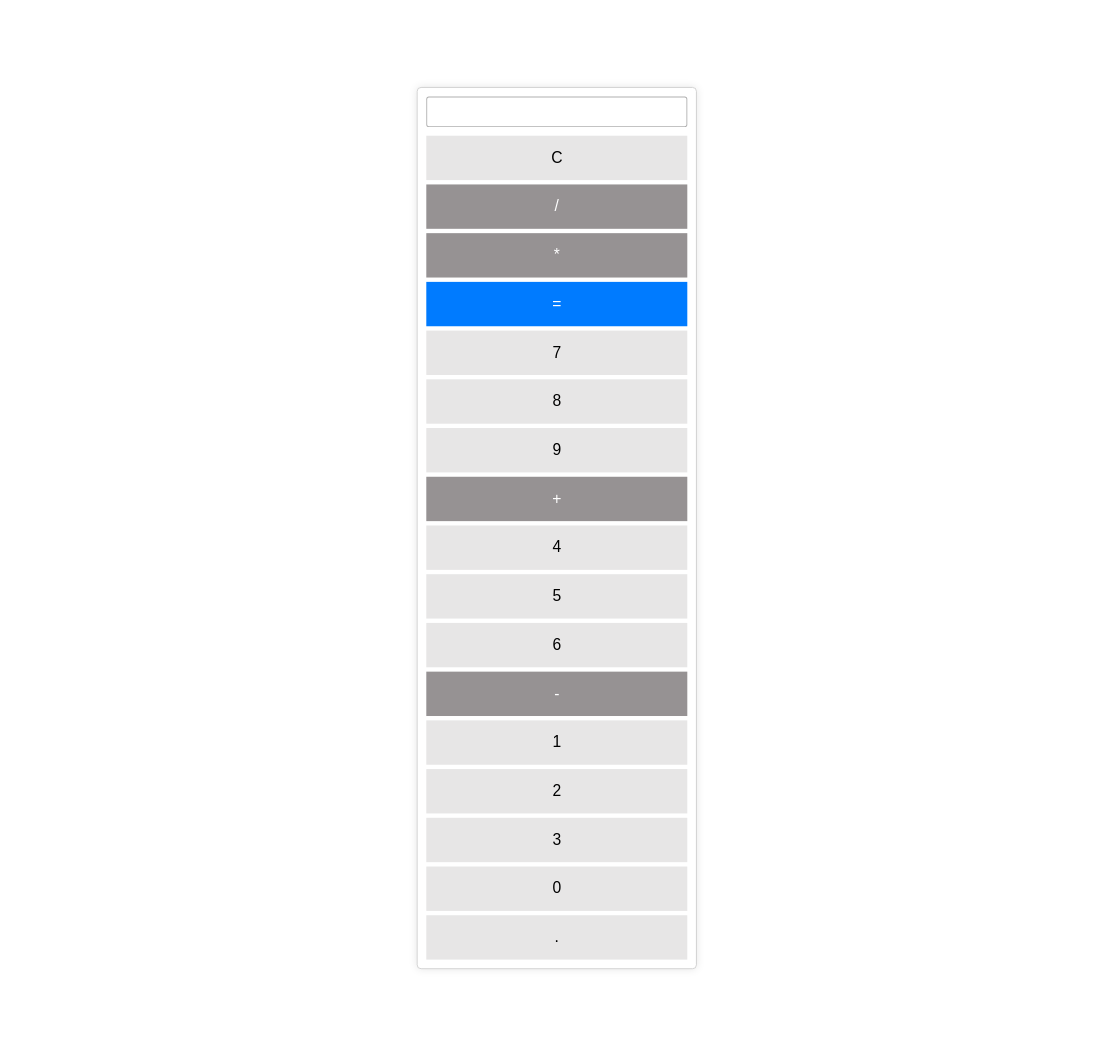
Repository: om9011/calculator
Page: index.html
An editor plug-in stored every save of this project. The page is shown before and after the next save, followed by the edit.
The browser window is 1280 px wide. The pictures show the whole page, at 87% of full size.

Above is the page before, as saved 2024-02-21 11:16:45.

After the next save:
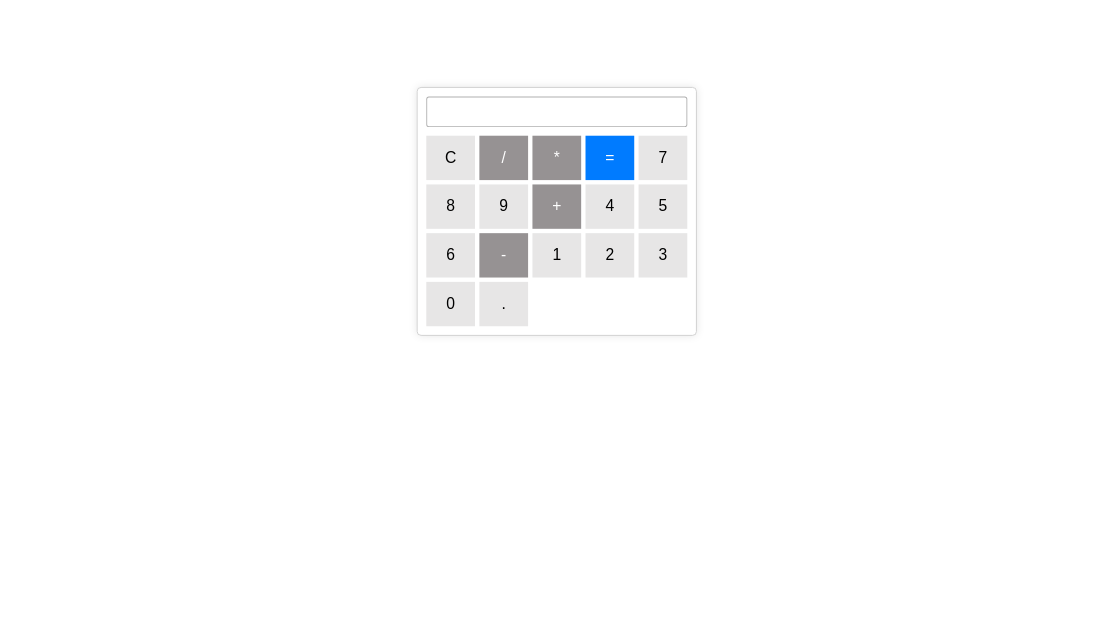
Saved 4 s later.
--- a/styles.css
+++ b/styles.css
@@ -19,7 +19,7 @@
 
 .buttons {
   display: grid;
-  grid-template-columns: repeat(, 1fr);
+  grid-template-columns: repeat(5, 1fr);
   gap: 5px;
 }
 
